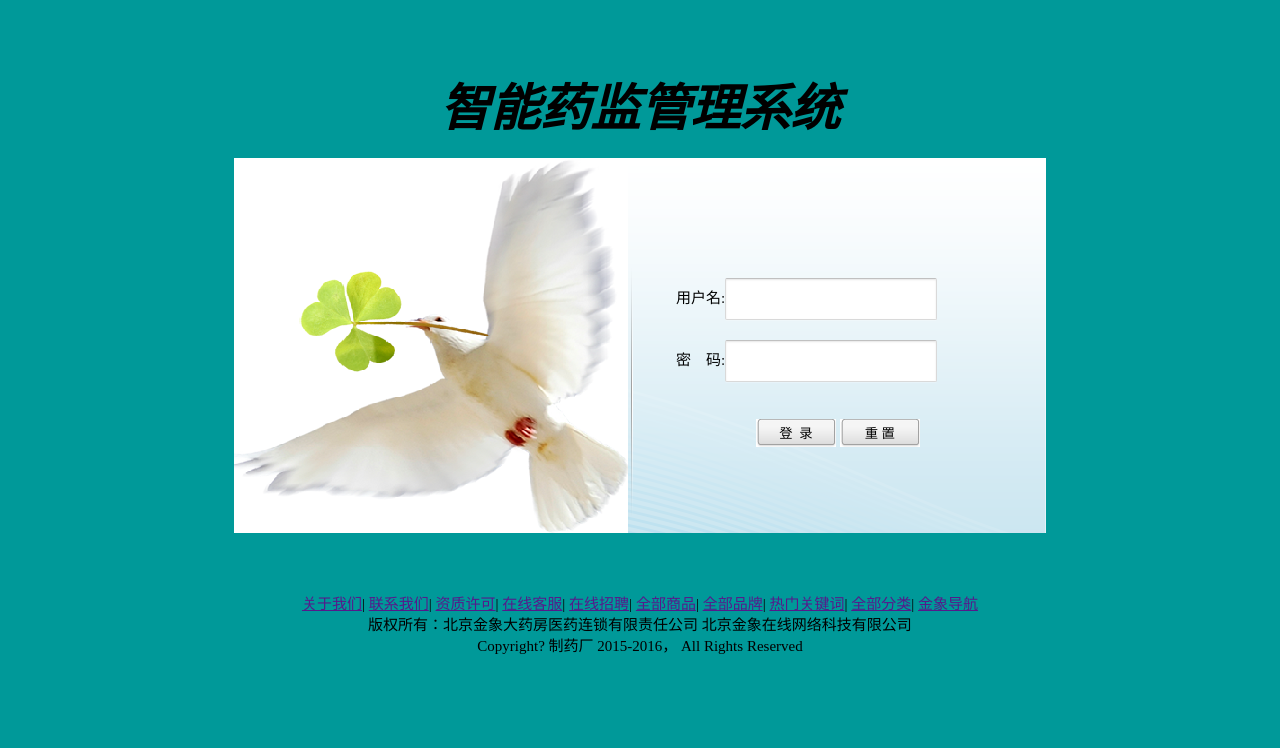
Repository: Shaoxubao/Java
Page: http://localhost/msm/login.jsp
These files come from the project's save history. The page is drawn as it stood at one moment and after the next save; the edit follows.
The browser window is 1280 px wide. The pictures show the whole page.
The page is served by Tomcat 9. Nobody is signed in. The application's start-up code is not run.

Above is the page before, as saved 2015-06-17 11:58:56.

After the next save:
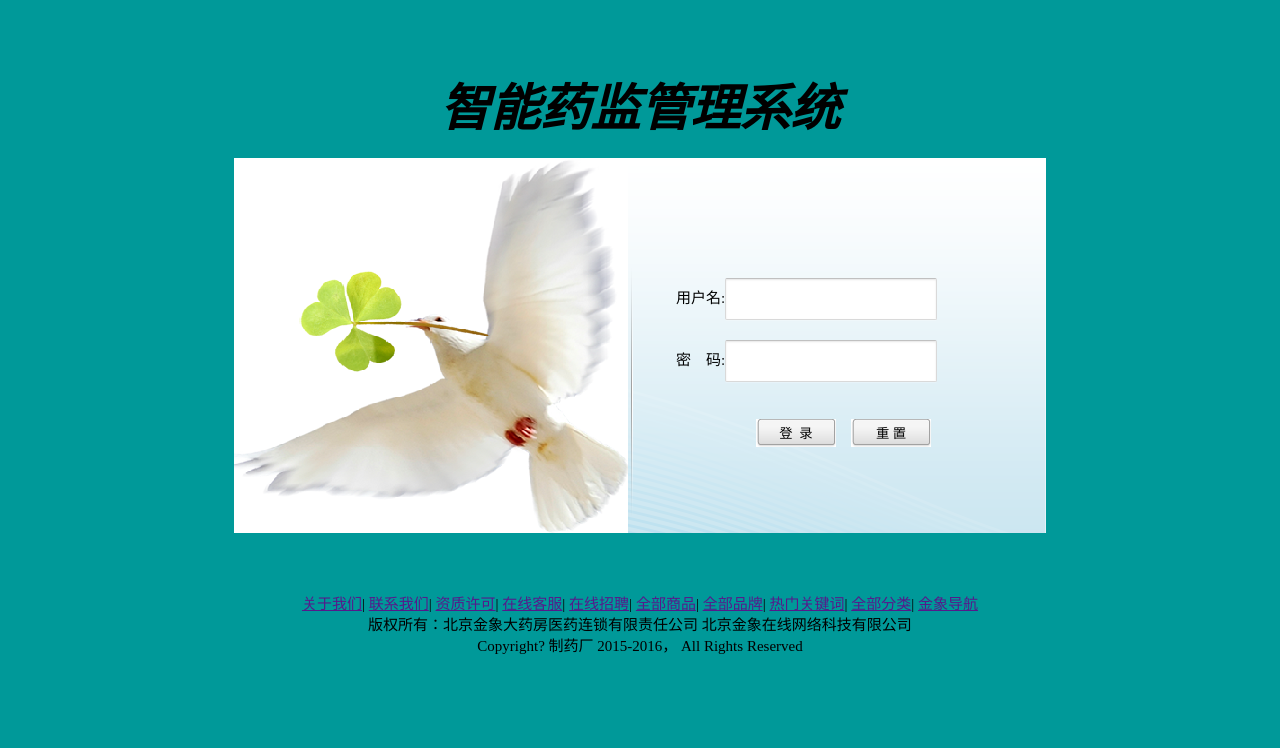
Saved 2 min 3 s later.
--- a/msm/WebContent/login.jsp
+++ b/msm/WebContent/login.jsp
@@ -43,7 +43,7 @@
                   </div>   -->
 
                   <div id="btn_area">
-                     <input type="submit" class="login_btn" id="login_sub"  value="登  录">
+                     <input type="submit" class="login_btn" id="login_sub"  value="登  录">&nbsp;&nbsp;&nbsp;
                      <input type="reset" class="login_btn" id="login_ret" value="重 置">
                   </div>
               </form>
